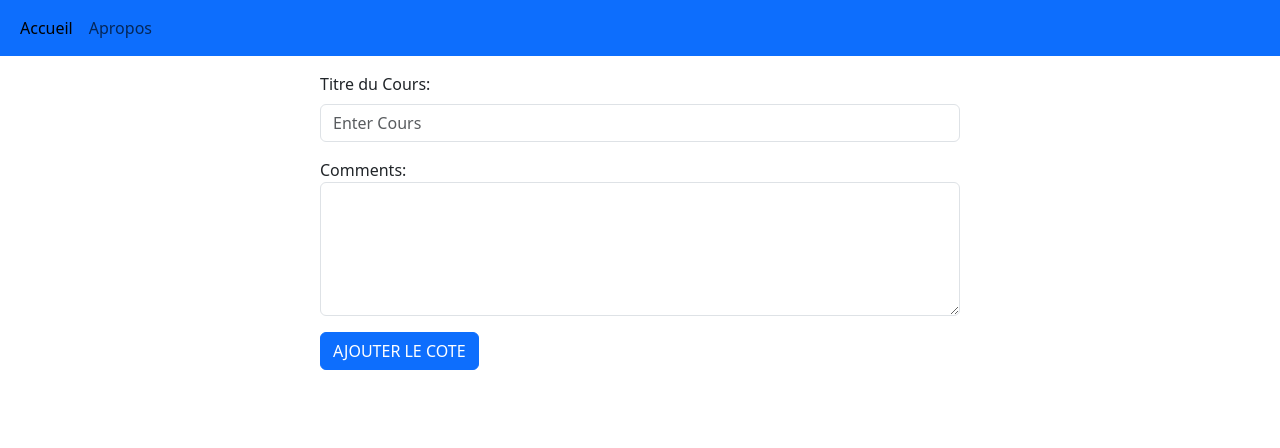
Repository: SKB-TECH/MinProject
Page: IHM/index.html
An editor plug-in stored every save of this project. The page is shown before and after the next save, followed by the edit.
The browser window is 1280 px wide. The pictures show the whole page.
Some web libraries are served in a nearby version.

Above is the page before, as saved 2022-09-29 15:14:15.

After the next save:
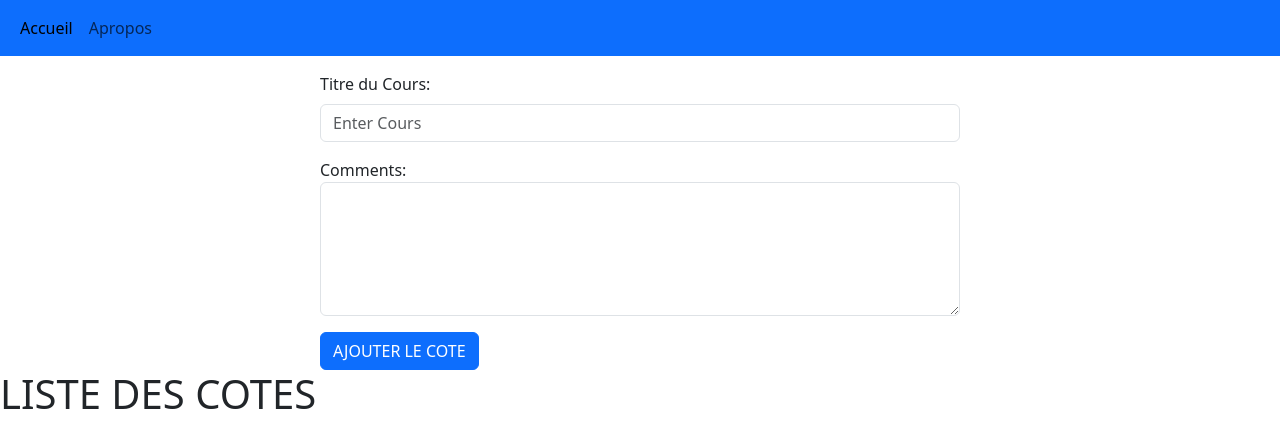
Saved 6 s later.
--- a/IHM/index.html
+++ b/IHM/index.html
@@ -54,7 +54,7 @@
       </div>
     </section>
     <section>
-        <h1></h1>
+        <h1>LISTE DES COTES</h1>
     </section>
   </body>
 </html>
